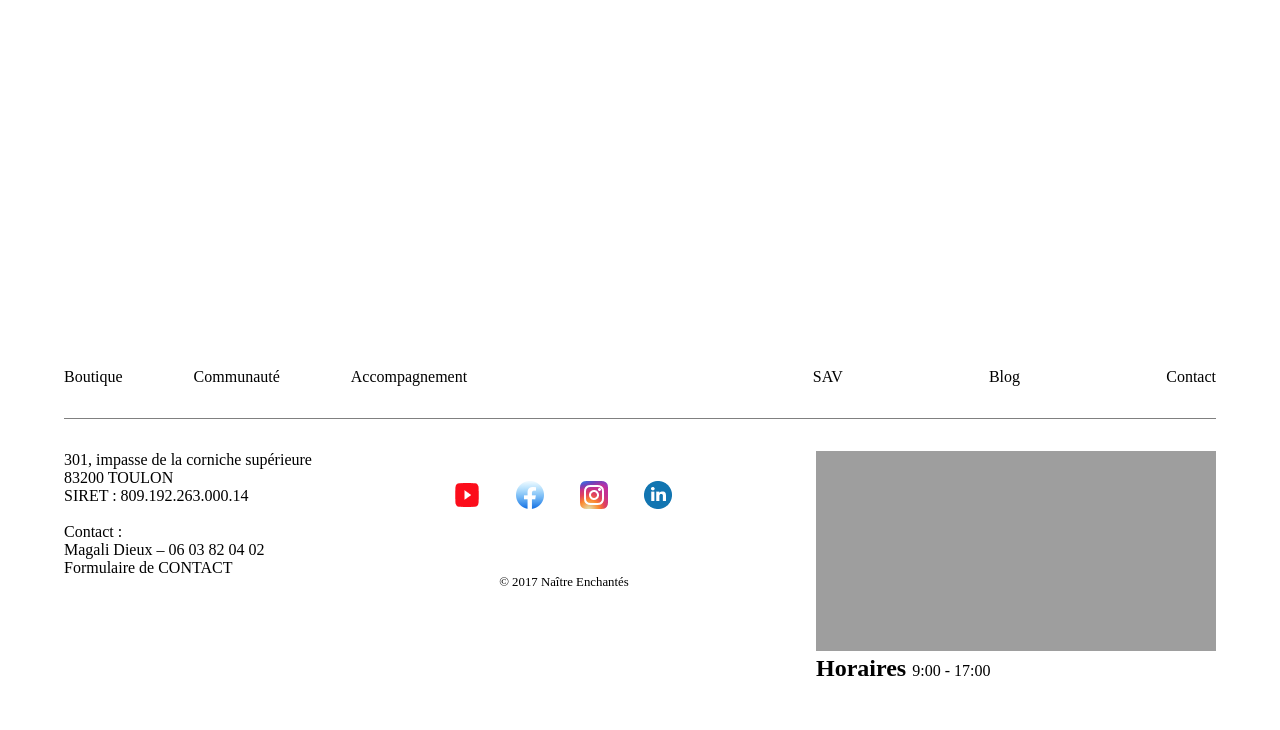
Repository: Khadija-Asa/naitre-enchantes
Page: footer.html
An editor plug-in stored every save of this project. The page is shown before and after the next save, followed by the edit.
The browser window is 1280 px wide. The pictures show the whole page.
Pictures or frames that could not be fetched are drawn as grey boxes.

Above is the page before, as saved 2020-11-25 11:05:07.

### footer.html
<!DOCTYPE html>
<html lang="en">
<head>
    <meta charset="UTF-8">
    <meta name="viewport" content="width=device-width, initial-scale=1.0">
    <title>naître enchantés</title>
    <link rel="stylesheet" href="footer.css">
</head>
<body>
    <div class="espace"></div>
    <footer>
        <div class="footer_top">
            <ul class="top_left">
                <li>Boutique</li>
                <li>Communauté</li>
                <li>Accompagnement</li>
            </ul>
            <ul class="top_right">
                <li>SAV</li>
                <li>Blog</li>
                <li>Contact</li>
            </ul>
        </div>
        <div class="footer_bottom">
            <div class="bottom_left">
                <p>301, impasse de la corniche supérieure <br>
                    83200 TOULON <br>
                    SIRET : 809.192.263.000.14 <br><br>

                    Contact : <br>
                    Magali Dieux – 06 03 82 04 02 <br>
                    Formulaire de CONTACT</p>
            </div>
            <div class="bottom_middle">
                <ul>
                    <li><a href=""><img src="img/youtube.png" alt="icon" class="icon_footer"></a></li>
                    <li><a href=""><img src="img/Group 1.png" alt="icon" class="icon_footer"></a></li>
                    <li><a href=""><img src="img/instagram.png" alt="icon" class="icon_footer"></a></li>
                    <li><a href=""><img src="img/linkedin.png" alt="icon" class="icon_footer"></a></li>
                </ul>
                <p> © 2017 Naître Enchantés</p>
            </div>
            <div class="bottom_right">
                <iframe src="https://www.google.com/maps/embed?pb=!1m18!1m12!1m3!1d2911.3473217103833!2d5.931244715024838!3d43.139235393531415!2m3!1f0!2f0!3f0!3m2!1i1024!2i768!4f13.1!3m3!1m2!1s0x12c91afdaec10fe7%3A0x9c4ffba8cf6fc217!2s301%20Impasse%20Corniche%20Sup%C3%A9rieure%2C%2083200%20Toulon!5e0!3m2!1sfr!2sfr!4v1606293212064!5m2!1sfr!2sfr" width="400" height="200" frameborder="0" style="border:0;" allowfullscreen="" aria-hidden="false" tabindex="0"></iframe>
                <p> <b>Horaires   </b> 9:00 - 17:00</p>
            </div>
        </div>
    </footer>
</body>
</html>

### footer.css

.espace {
    margin-bottom: 23em;
}
* {
    margin: 0;
    padding: 0;
    font-family: ;
}
footer {
    margin: 2em 5% 0;
}
.footer_top {
    display: flex;
    justify-content: space-between;
    flex-wrap: wrap;
    align-items: center;
    margin: 2em auto;
    padding-bottom: 2em;
    border-bottom: solid 1px gray;
}

.top_left,
.top_right {
    display: flex;
    justify-content: space-between;
    flex-wrap: wrap;
    align-items: center;
    list-style: none;
    width: 35%;
}

.footer_bottom {
    display: flex;
    justify-content: space-between;
    flex-wrap: wrap;
    padding-bottom: 3em;
}
.footer_bottom ul {
    list-style: none;
    display: flex;
    justify-content: space-around;
    flex-wrap: wrap;
    align-items: center;
    margin: 1.5em auto 3.5em;
}
.footer_bottom li a {
    color: black;
    text-decoration: none;
}

.bottom_middle {
    width: 22%;
}
.bottom_middle p {
    font-size: .8em;
    text-align: center;
}
.bottom_right img{
    width: 20em;
    margin-bottom: 1.5em;
}
b {
    font-size: 1.5em;
}

After the next save:
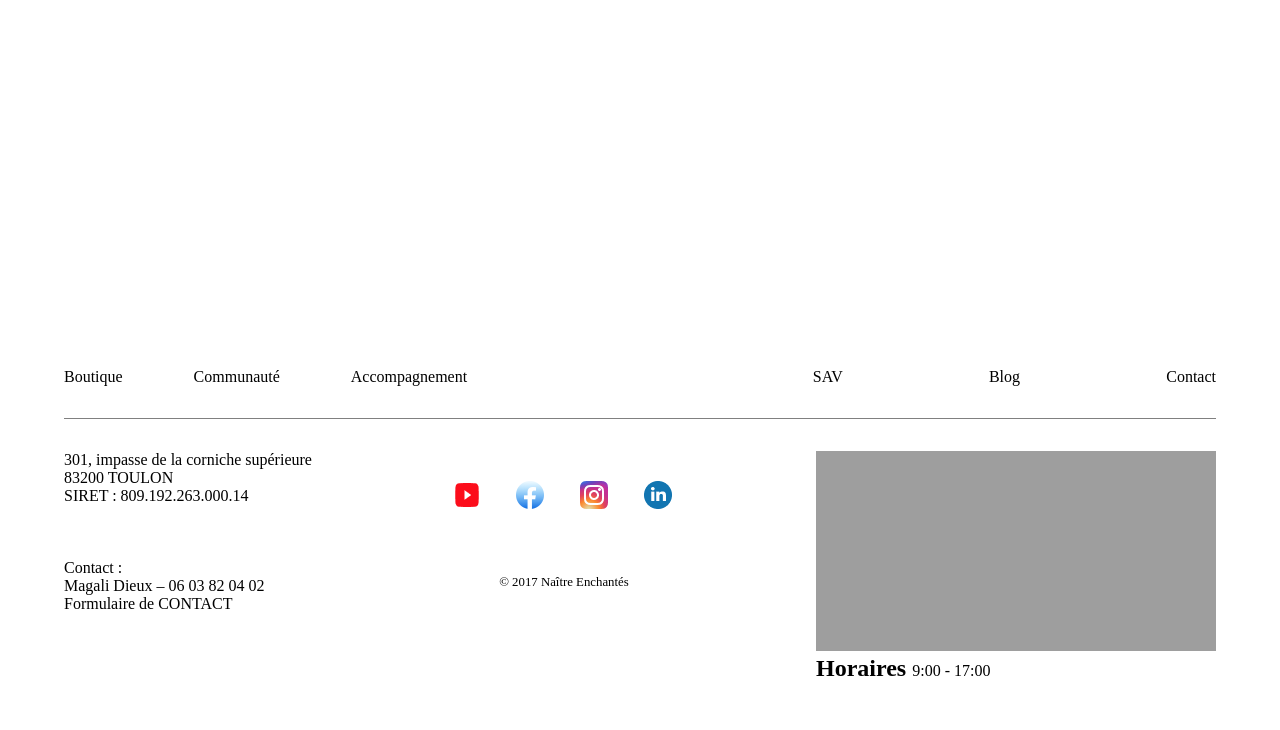
Saved 38 s later.
--- a/footer.html
+++ b/footer.html
@@ -25,7 +25,7 @@
             <div class="bottom_left">
                 <p>301, impasse de la corniche supérieure <br>
                     83200 TOULON <br>
-                    SIRET : 809.192.263.000.14 <br><br>
+                    SIRET : 809.192.263.000.14 <br><br><br><br>
 
                     Contact : <br>
                     Magali Dieux – 06 03 82 04 02 <br>
